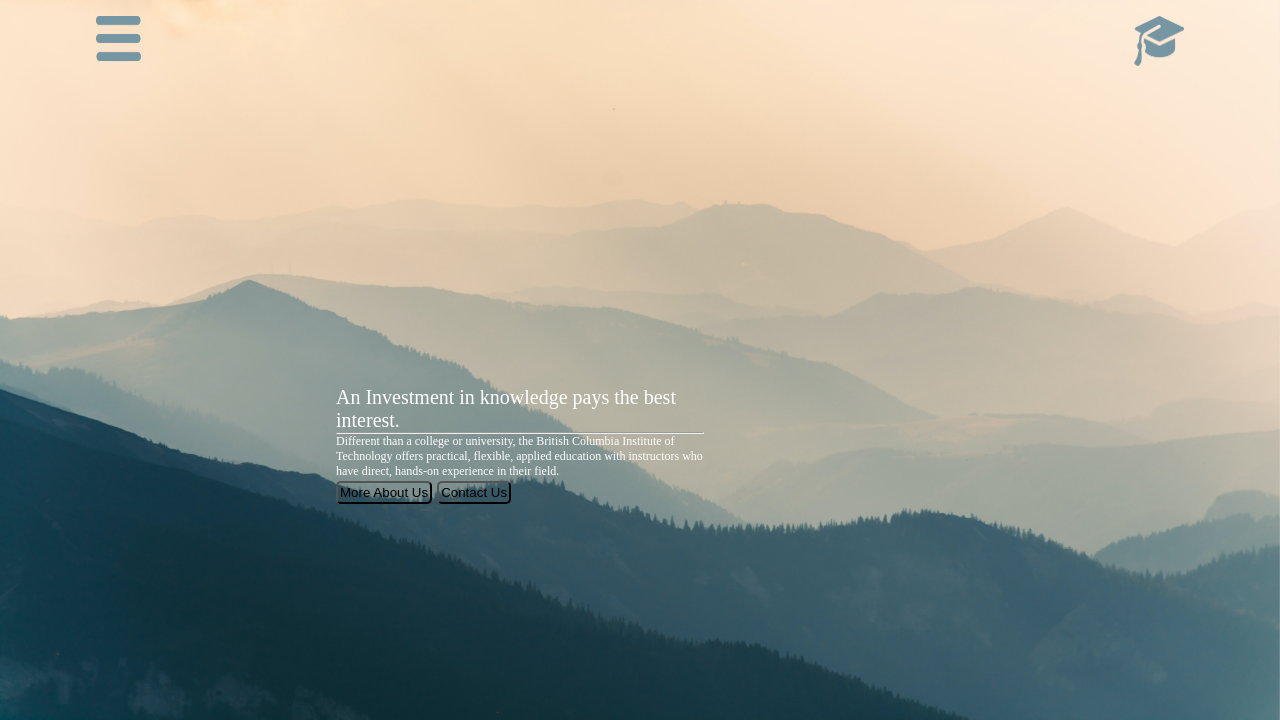
Repository: anoncoderin/assignment01-withCarousel-Madhu
Page: /
An editor plug-in stored every save of this project. The page is shown before and after a run of saves, followed by the edit.
The browser window is 1280 px wide. The pictures show the whole page.
The project was rebuilt for these pictures with package versions that can differ from the ones it lists, and the page was loaded fresh each time. The framework's server and built-in components were replaced by stand-ins that run in the browser. Also part of the build but not shown: next.config.js.

Above is the page before, as saved 2023-02-01 22:30:13.

After the next 3 saves:
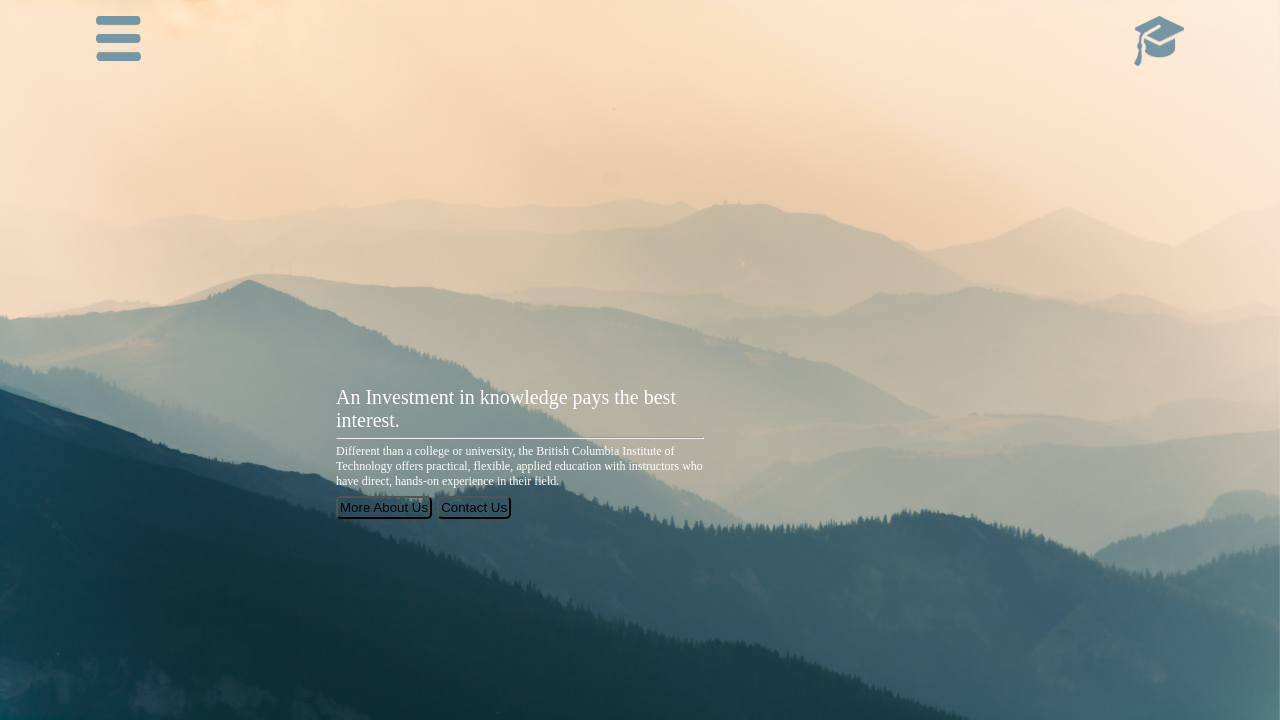
The 3 saves are shown as one change because they came seconds apart.
The last was saved 58 s later.
--- a/styles/Home.module.css
+++ b/styles/Home.module.css
@@ -37,6 +37,7 @@
   padding-left: 20rem;
   padding-top: 20rem;
   padding-right: 35rem;
+  gap: 5px;
 }
 
 .smallp{
